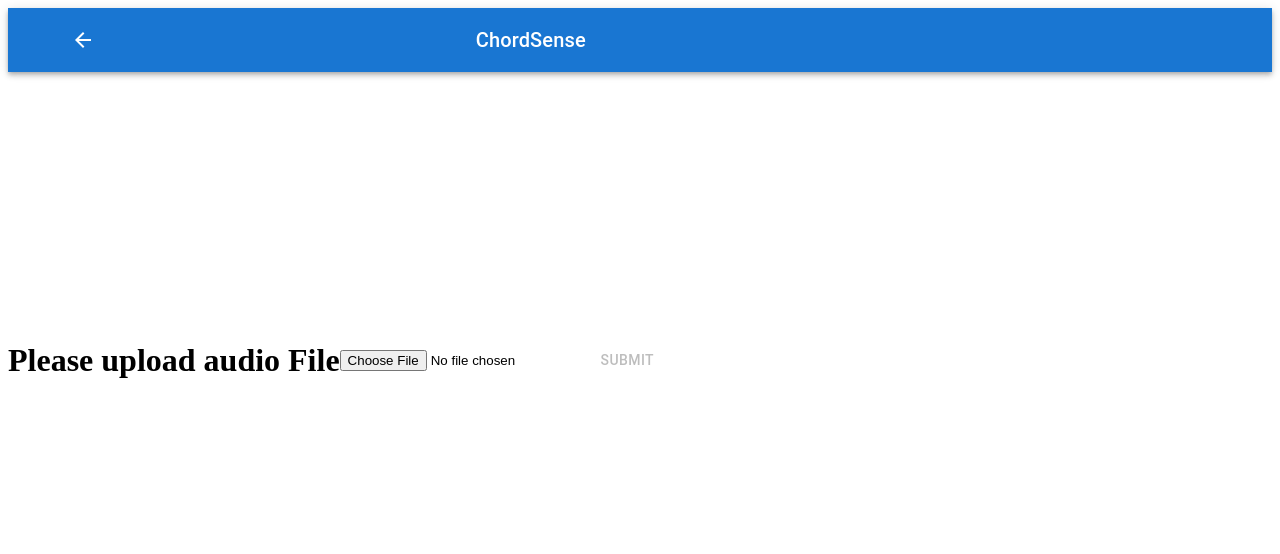
Repository: shamu332/ChordSense
Page: / (app in ui/)
These files come from the project's save history. The page is drawn as it stood at one moment and after the next save; the edit follows.
The browser window is 1280 px wide. The pictures show the whole page.
The project was rebuilt for these pictures with package versions that can differ from the ones it lists, and the page was loaded fresh each time. Also part of the build but not shown: ui/src/pages/Results.js.

Above is the page before, as saved 2023-03-11 15:45:32.

### ui/src/index.js

import React from "react";
import ReactDOM from "react-dom";
import { BrowserRouter as Router, Routes, Route } from "react-router-dom";
import Results from "./pages/Results";
import Landing from "./pages/Landing";

ReactDOM.render(
  <>
    <Router>
      <Routes>
        <Route path="/" element={<Landing />} />
        <Route path="/results" element={<Results />} />
      </Routes>
    </Router>
  </>,
  document.getElementById("root")
);

### ui/src/pages/Landing.js
import React, { useState, ChangeEvent } from "react";
import Header from "../Header";
import CircularProgress from "@mui/material/CircularProgress";
import UploadFileIcon from '@mui/icons-material/UploadFile';
import Button from '@mui/material/Button';
import { useNavigate } from "react-router-dom";

function Scanner() {
  const [loader, setLoader] = useState(false);
  const [selectedFile, setSelectedFile] = useState();
  const [isFilePicked, setIsFilePicked] = useState(false);
  let navigate = useNavigate();

  function toggleLoader() {
    setLoader(!loader);
  }


const changeHandler = (event) => {
	setSelectedFile(event.target.files[0]);
	setIsFilePicked(true);
};



  return (
    <>
      <Header />
      <div
        style={{
          display: "flex",
          alignItems: "flex-end",
          height: "30vh",
        }}
      >
      </div>
      {loader ? (
        <div
          style={{
            display: "flex",
            justifyContent: "center",
            alignItems: "center",
            height: "30vh",
          }}
        >
          <CircularProgress />
        </div>
      ) : (
        <>
          <div
            style={{
              display: "flex",
              alignItems: "center",
              height:"20vh",
            }}
          >
            <div style={{
              display: "flex",
              alignItems: "center",
              height:"20vh",
            }}>
                <h1>Please upload audio File

                </h1>
            </div>
            <input type="file" name="file" onChange={changeHandler} />
                {isFilePicked ? (
                    <>
                    <div>
                        <p>Filename: {selectedFile.name}</p>
                        <p>Filetype: {selectedFile.type}</p>
                        <p>Size in bytes: {selectedFile.size}</p>
                    </div>
                    <div
                    style={{
                      display: "flex",
                    }}
                  >
                    <Button
                      onClick={toggleLoader}
                      variant="contained"
                    >
                      Submit
                    </Button>
                  </div>
                  </>
                ) : (
                    <div
            style={{
              display: "flex",
            }}
          >
            <Button
              disabled
            >
              Submit
            </Button>
          </div>
                )}
          </div>
        </>
      )}
    </>
  );
}

export default Scanner;

### ui/src/Header.js
import * as React from "react";
import AppBar from "@mui/material/AppBar";
import Box from "@mui/material/Box";
import Toolbar from "@mui/material/Toolbar";
import Typography from "@mui/material/Typography";
import IconButton from "@mui/material/IconButton";
import ArrowBackIcon from "@mui/icons-material/ArrowBack";
import { useNavigate } from "react-router-dom";

export default function Header() {
  const navigate = useNavigate();
  return (
    <Box sx={{ flexGrow: 1 }}>
      <AppBar position="static">
        <Toolbar>
          <IconButton
            size="large"
            edge="start"
            color="inherit"
            aria-label="menu"
            sx={{ mr: 2 }}
          ></IconButton>
          <ArrowBackIcon
            onClick={() => navigate(-1)}
            sx={{ position: "absolute", left: "5%" }}
          />
          <Typography
            variant="h6"
            component="div"
            sx={{ flexGrow: 1, position: "absolute", left: "37%" }}
          >
            ChordSense
          </Typography>
        </Toolbar>
      </AppBar>
    </Box>
  );
}

Loaded but not shown: ui/public/index.html (common file)

After the next save:
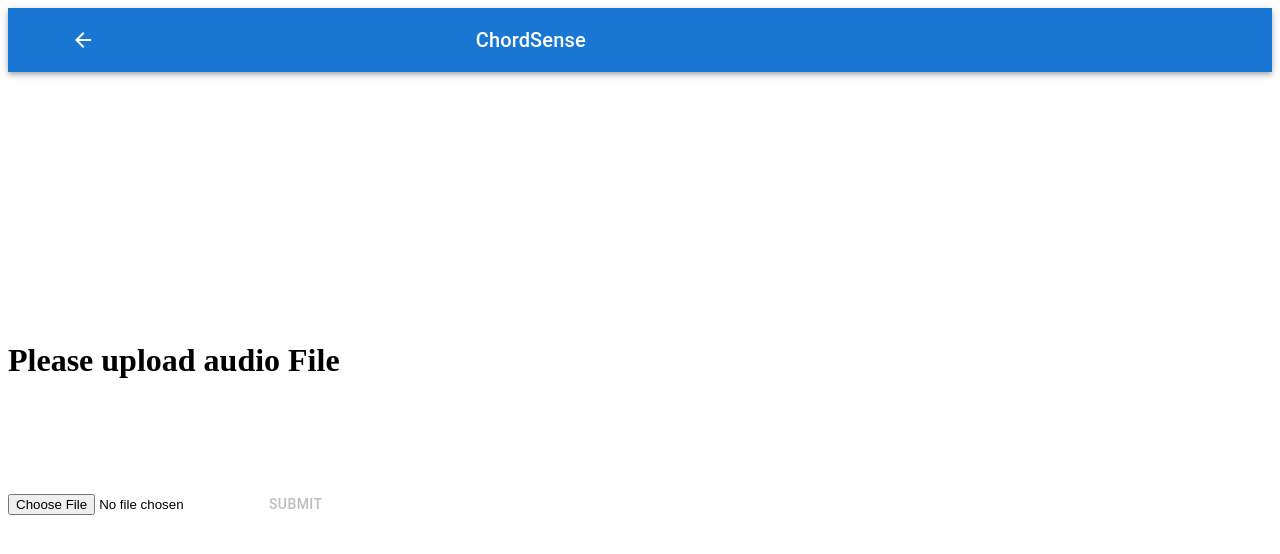
Saved 19 s later.
--- a/ui/src/pages/Landing.js
+++ b/ui/src/pages/Landing.js
@@ -47,6 +47,15 @@ const changeHandler = (event) => {
         </div>
       ) : (
         <>
+                <div style={{
+                  display: "flex",
+                  alignItems: "center",
+                  height:"20vh",
+                }}>
+                    <h1>Please upload audio File
+
+                    </h1>
+                </div>
           <div
             style={{
               display: "flex",
@@ -54,15 +63,6 @@ const changeHandler = (event) => {
               height:"20vh",
             }}
           >
-            <div style={{
-              display: "flex",
-              alignItems: "center",
-              height:"20vh",
-            }}>
-                <h1>Please upload audio File
-
-                </h1>
-            </div>
             <input type="file" name="file" onChange={changeHandler} />
                 {isFilePicked ? (
                     <>
